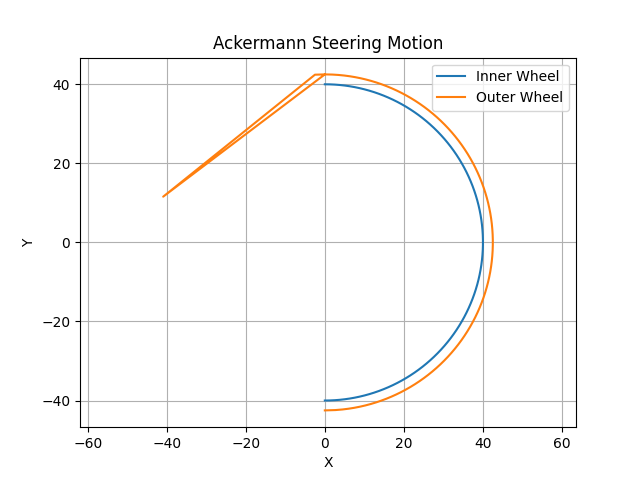
Repository: Ziller0831/MicroROS_2WD-2WS
Script's output: python ESP32_BaseController/kinematic_test.py
These files come from the project's save history. The script's output is drawn as it stood at one moment and after the next save; the edit follows.
Random numbers start from a fixed seed.

Above is the script's output before, as saved 2024-04-10 18:23:23.

### ESP32_BaseController/kinematic_test.py
import numpy as np
import matplotlib.pyplot as plt

def ackermann_steering(angle, wheelbase, turn_radius):
    """
    Calculate the steering angle for Ackermann steering geometry.
    angle: turning angle in radians
    wheelbase: distance between the front and rear axles
    turn_radius: desired turning radius
    """
    return np.arctan(wheelbase / (turn_radius - 0.5 * wheelbase * np.tan(angle)))

def plot_ackermann_motion(turn_radius, wheelbase):
    """
    Plot the trajectory of the wheels during Ackermann steering motion.
    turn_radius: desired turning radius
    wheelbase: distance between the front and rear axles
    """
    # Generate a range of turning angles
    angles = np.linspace(-np.pi / 2, np.pi / 2, 100)

    # Calculate steering angles for inner and outer wheels
    inner_steering = ackermann_steering(angles, wheelbase, turn_radius)
    outer_steering = ackermann_steering(angles, wheelbase, turn_radius + 0.5 * wheelbase)

    # Calculate trajectories for inner and outer wheels
    inner_x = turn_radius * np.cos(angles)
    inner_y = turn_radius * np.sin(angles)
    outer_x = (turn_radius + wheelbase) * np.cos(angles + inner_steering)
    outer_y = (turn_radius + wheelbase) * np.sin(angles + inner_steering)

    # Plot trajectories
    plt.plot(inner_x, inner_y, label='Inner Wheel')
    plt.plot(outer_x, outer_y, label='Outer Wheel')
    plt.xlabel('X')
    plt.ylabel('Y')
    plt.title('Ackermann Steering Motion')
    plt.axis('equal')
    plt.legend()
    plt.grid(True)
    plt.show()

# Example usage
wheelbase = 2.5  # Distance between the front and rear axles
turn_radius = 40  # Desired turning radius

plot_ackermann_motion(turn_radius, wheelbase)

After the next save:
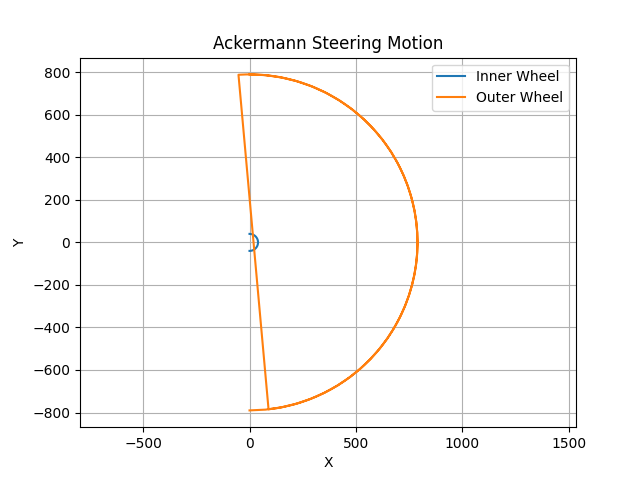
Saved 5 s later.
--- a/ESP32_BaseController/kinematic_test.py
+++ b/ESP32_BaseController/kinematic_test.py
@@ -41,7 +41,7 @@ def plot_ackermann_motion(turn_radius, wheelbase):
     plt.show()
 
 # Example usage
-wheelbase = 2.5  # Distance between the front and rear axles
+wheelbase = 750  # Distance between the front and rear axles
 turn_radius = 40  # Desired turning radius
 
 plot_ackermann_motion(turn_radius, wheelbase)
